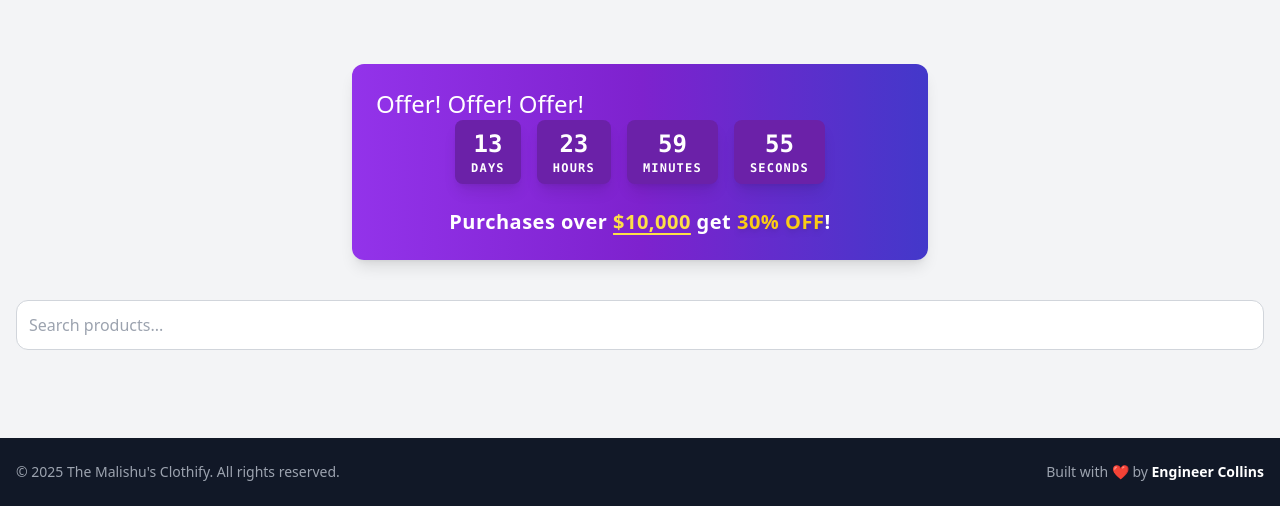
Repository: Engineer-collo/Modern-Ecommerce-Application
Page: /
An editor plug-in stored every save of this project. The page is shown before and after the next save, followed by the edit.
The browser window is 1280 px wide. The pictures show the part of the page from y = 376 to 882 px (the page is 882 px tall).
The page's requests for data from a server got no answer. The project was rebuilt for these pictures with package versions that can differ from the ones it lists, and the page was loaded fresh each time. No one was signed in, and anything a server would have sent is missing. Also part of the build but not shown: vite.config.js, src/components/SignupForm.jsx, src/components/LoginForm.jsx, src/components/ProductCard.jsx, src/components/Contact.jsx, src/components/About.jsx, src/components/Cart.jsx, src/components/ProductDetailsView.jsx.

Above is the page before, as saved 2025-05-26 10:49:49.

### index.html
<!DOCTYPE html>
<html lang="en">
<head>
  <meta charset="UTF-8">
  <meta name="viewport" content="width=device-width, initial-scale=1.0">
  <title>Ecommerce</title>
</head>
<body class="bg-gray-100">
  <div id="root"></div>
  <script type="module" src="/src/main.jsx"></script>
</body>
</html>

### src/main.jsx
import React from 'react'
import ReactDOM from 'react-dom/client'
import './index.css'
import App from './App'

ReactDOM.createRoot(document.getElementById('root')).render(
  <React.StrictMode>
    <App />
  </React.StrictMode>,
)

### src/App.jsx
import { BrowserRouter as Router, Routes, Route } from 'react-router-dom';
import { useEffect, useState } from 'react';
import Footer from './components/Footer';
import Navbar from './components/Navbar';
import SignupForm from './components/SignupForm';
import LoginForm from './components/LoginForm';
import ProductFeed from './components/ProductFeed';
import Contact from './components/Contact';
import About from './components/About';
import Cart from './components/Cart';
import ProductDetailsView from './components/ProductDetailsView';

import {
  showSuccessToast,
  ToastContainerWrapper,
} from './components/Toast';

function App() {
  const [cart, setCart] = useState([]);
  const [cartLoaded, setCartLoaded] = useState(false);

  // Load cart from localStorage
  useEffect(() => {
    const storedCart = localStorage.getItem("cart");
    if (storedCart) {
      try {
        setCart(JSON.parse(storedCart));
      } catch (error) {
        console.error("Failed to parse cart from localStorage:", error);
      }
    }
    setCartLoaded(true);
  }, []);

  // Save cart to localStorage when updated
  useEffect(() => {
    if (cartLoaded) {
      localStorage.setItem("cart", JSON.stringify(cart));
    }
  }, [cart, cartLoaded]);

  const addToCart = (product) => {
    setCart(prevCart => {
      const existing = prevCart.find(item => item.id === product.id);
      if (existing) {
        return prevCart.map(item =>
          item.id === product.id
            ? { ...item, quantity: item.quantity + 1 }
            : item
        );
      } else {
        return [...prevCart, { ...product, quantity: 1 }];
      }
    });
    showSuccessToast("Added to cart!");
  };

  const removeFromCart = (product) => {
    setCart(prevCart =>
      prevCart
        .map(item =>
          item.id === product.id
            ? { ...item, quantity: item.quantity - 1 }
            : item
        )
        .filter(item => item.quantity > 0)
    );
    showSuccessToast("Removed from cart!");
  };

  return (
    <Router>
      <Navbar cart={cart} />
      <Routes>
        <Route
          path="/"
          element={
            <ProductFeed
              showSuccessToast={showSuccessToast}
              cart={cart}
            />
          }
        />
        <Route
          path="/cart"
          element={
            <Cart
              cart={cart}
              removeFromCart={removeFromCart}
            />
          }
        />
        <Route path="/product/:id" element={<ProductDetailsView
         addToCart={addToCart}
        />} />
        <Route path="/login" element={<LoginForm />} />
        <Route path="/signup" element={<SignupForm />} />
        <Route path="/about" element={<About />} />
        <Route path="/contact" element={<Contact showSuccessToast={showSuccessToast} />} />
      </Routes>
      <ToastContainerWrapper />
      <Footer />
    </Router>
  );
}

export default App;

### src/components/Footer.jsx
const Footer = () => {
    return(
        <>
        <footer className="bg-gray-900 text-white py-6 mt-12">
  <div className="max-w-7xl mx-auto px-4 flex flex-col md:flex-row justify-between items-center space-y-4 md:space-y-0">
    <p className="text-sm text-gray-400">
      &copy; {new Date().getFullYear()} The Malishu's Clothify.  All rights reserved.
    </p>
    <p className="text-sm text-gray-400">
      Built with ❤️ by <span className="text-white font-semibold">Engineer Collins</span>
    </p>


  </div>
</footer>

        </>
    )
}

export default Footer

### src/components/Navbar.jsx
import React, { useState } from "react";
import { Link } from "react-router-dom";

const Navbar = ({ cart = [] }) => {
  const [isOpen, setIsOpen] = useState(false);

  const toggleMenu = () => setIsOpen(!isOpen);

  return (
    <header className="mt-2 bg-white shadow-md">
      <div className="max-w-7xl mx-auto px-10 py-10 flex flex-col md:flex-row md:justify-between md:items-center">
        <div className="flex justify-between items-center">
          <h1 className="text-2xl font-bold text-gray-800">
            <Link
              to="/"
              className="hover:text-blue-500 text-gray-700 transition"
            >
              <span className="text-purple-600">Malishu's Clothify</span>
            </Link>
          </h1>

          <div className="md:hidden">
            <button
              onClick={toggleMenu}
              className="text-gray-700 focus:outline-none"
            >
              <svg
                className="h-6 w-6"
                fill="none"
                stroke="currentColor"
                strokeWidth="2"
                viewBox="0 0 24 24"
              >
                <path
                  strokeLinecap="round"
                  strokeLinejoin="round"
                  d={
                    isOpen
                      ? "M6 18L18 6M6 6l12 12"
                      : "M4 6h16M4 12h16M4 18h16"
                  }
                />
              </svg>
            </button>
          </div>
        </div>

        {/* Removed search input here */}

        {/* Desktop nav */}
        <nav className="space-x-6 hidden md:flex">
          <Link
            to="/"
            className="text-xl hover:text-blue-500 font-bold text-gray-700 transition"
          >
            Home
          </Link>
          <Link
            to="/about"
            className="text-xl hover:text-blue-500 font-bold text-gray-700 transition"
          >
            About
          </Link>
          <Link
            to="/contact"
            className="text-xl hover:text-blue-500 font-bold text-gray-700 transition"
          >
            Contact
          </Link>
          <Link to="/cart" className="relative text-2xl font-bold hover:text-white transition">
  🛒
  <span className="absolute -top-2 -right-3 bg-red-500 text-white text-xs font-bold px-2 py-0.5 rounded-full">
    {cart.length}
  </span>
</Link>
          <Link
            to="/login"
            className="rounded p-1 bg-purple-500 font-bold text-white transition"
          >
            Login
          </Link>
        </nav>
      </div>

{/* Mobile nav */}
{isOpen && (
  <nav className="md:hidden bg-purple-600 text-white px-4 py-6 shadow-lg">
    <div className="flex flex-col items-center space-y-6">
      <Link
        to="/"
        className="text-2xl font-bold hover:text-white hover:underline transition"
      >
        Home
      </Link>
      <Link
        to="/about"
        className="text-2xl font-bold hover:text-white hover:underline transition"
      >
        About
      </Link>
      <Link
        to="/contact"
        className="text-2xl font-bold hover:text-white hover:underline transition"
      >
        Contact
      </Link>
      <Link to="/cart" className="relative text-2xl font-bold hover:text-white transition">
  🛒
  <span className="absolute -top-2 -right-3 bg-red-500 text-white text-xs font-bold px-2 py-0.5 rounded-full">
    {cart.length}
  </span>
</Link>
      <Link
        to="/login"
        className="text-center text-2xl font-bold bg-white text-purple-600 px-6 py-3 rounded-lg shadow-md hover:bg-purple-100 transition"
      >
        Login
      </Link>
    </div>
  </nav>
)}

    </header>
  );
};

export default Navbar;

### src/components/ProductFeed.jsx
import React, { useEffect, useState } from "react";
import ProductCard from "./ProductCard";
import OfferCountdown from "./OfferCountdown";
import VideoSlider from './VideoSlider';


const ProductFeed = ({ addToCart }) => {
  const [products, setProducts] = useState([]);
  const [searchTerm, setSearchTerm] = useState("");

  const url1 = 'https://www.w3schools.com/html/mov_bbb.mp4'

  const url2 = 'https://www.w3schools.com/html/mov_bbb.mp4'

  const url3 = 'https://www.w3schools.com/html/mov_bbb.mp4'

  const url4 = 'https://www.w3schools.com/html/mov_bbb.mp4'

  const videos = [url1, url2, url3, url4]

  useEffect(() => {
    fetch("https://fakestoreapi.com/products")
      .then((res) => res.json())
      .then((data) => setProducts(data))
      .catch((err) => console.error("Failed to fetch products:", err));
  }, []);

  const filteredProducts = products.filter((product) =>
    product.title.toLowerCase().includes(searchTerm.toLowerCase())
  );

  return (
    <>
    <VideoSlider videos={videos}/>
      <div className="mt-12 p-4 max-w-7xl mx-auto">
        {/* Modern styled offer card */}
        <div className="mb-10 p-6 rounded-xl shadow-lg bg-gradient-to-r from-purple-600 via-purple-700 to-indigo-700 text-white max-w-xl mx-auto">
          <h1 className="text-2xl font-"> Offer! Offer! Offer!</h1>
          <OfferCountdown />
          <p className="mt-6 text-center text-lg sm:text-xl font-semibold tracking-wide">
            Purchases over{" "}
            <span className="text-yellow-300 underline decoration-yellow-300 underline-offset-4">
              $10,000
            </span>{" "}
            get{" "}
            <span className="text-yellow-400 font-extrabold drop-shadow-md">
              30% OFF
            </span>
            !
          </p>
        </div>

        {/* Search input */}
        <input
          type="text"
          placeholder="Search products..."
          value={searchTerm}
          onChange={(e) => setSearchTerm(e.target.value)}
          className="mb-6 p-3 w-full border border-gray-300 rounded-xl focus:outline-none focus:ring-4 focus:ring-purple-500 focus:border-transparent transition"
        />

        {/* Products grid */}
        <div className="grid grid-cols-2 md:grid-cols-3 lg:grid-cols-4 gap-6">
          {filteredProducts.map((product) => (
            <ProductCard
              key={product.id}
              product={product}
              addToCart={addToCart}
            />
          ))}
        </div>
      </div>
    </>
  );
};

export default ProductFeed;

### src/components/Toast.jsx
// src/components/Toast.js
import { toast, ToastContainer } from 'react-toastify';
import 'react-toastify/dist/ReactToastify.css';

// Toast functions
export const showSuccessToast = (message) =>
  toast.success(message, {
    className: 'bg-green-100 text-green-800 border border-green-300 rounded p-4',
    bodyClassName: 'text-sm',
    progressClassName: 'bg-green-500',
  });

export const showErrorToast = (message) =>
  toast.error(message, {
    className: 'bg-red-100 text-red-800 border border-red-300 rounded p-4',
    bodyClassName: 'text-sm',
    progressClassName: 'bg-red-500',
  });

export const showInfoToast = (message) =>
  toast.info(message, {
    className: 'bg-blue-100 text-blue-800 border border-blue-300 rounded p-4',
    bodyClassName: 'text-sm',
    progressClassName: 'bg-blue-500',
  });

export const showWarningToast = (message) =>
  toast.warn(message, {
    className: 'bg-yellow-100 text-yellow-800 border border-yellow-300 rounded p-4',
    bodyClassName: 'text-sm',
    progressClassName: 'bg-yellow-500',
  });

// Toast container
export const ToastContainerWrapper = () => (
  <ToastContainer position="top-center" autoClose={2000} />
);

### src/components/OfferCountdown.jsx
import React, { useEffect, useState } from "react";

const OfferCountdown = () => {
  const [timeLeft, setTimeLeft] = useState({
    days: "00",
    hours: "00",
    minutes: "00",
    seconds: "00",
  });

  useEffect(() => {
    // Set target time 14 days from now
    const targetTime = new Date();
    targetTime.setDate(targetTime.getDate() + 14);

    const updateCountdown = () => {
      const now = new Date();
      const diff = targetTime - now;

      if (diff <= 0) {
        setTimeLeft({ days: "00", hours: "00", minutes: "00", seconds: "00" });
        return;
      }

      const days = Math.floor(diff / (1000 * 60 * 60 * 24));
      const hours = Math.floor((diff / (1000 * 60 * 60)) % 24);
      const minutes = Math.floor((diff / (1000 * 60)) % 60);
      const seconds = Math.floor((diff / 1000) % 60);

      setTimeLeft({
        days: days.toString().padStart(2, "0"),
        hours: hours.toString().padStart(2, "0"),
        minutes: minutes.toString().padStart(2, "0"),
        seconds: seconds.toString().padStart(2, "0"),
      });
    };

    updateCountdown();
    const interval = setInterval(updateCountdown, 1000);

    return () => clearInterval(interval);
  }, []);

  return (
    <div className="flex justify-center space-x-4 text-white text-xl sm:text-2xl font-semibold font-mono select-none">
      <div className="flex flex-col items-center bg-purple-800 rounded-lg px-4 py-2 shadow-lg min-w-[60px]">
        <span>{timeLeft.days}</span>
        <span className="text-xs uppercase tracking-widest">Days</span>
      </div>
      <div className="flex flex-col items-center bg-purple-800 rounded-lg px-4 py-2 shadow-lg min-w-[60px]">
        <span>{timeLeft.hours}</span>
        <span className="text-xs uppercase tracking-widest">Hours</span>
      </div>
      <div className="flex flex-col items-center bg-purple-800 rounded-lg px-4 py-2 shadow-lg min-w-[60px]">
        <span>{timeLeft.minutes}</span>
        <span className="text-xs uppercase tracking-widest">Minutes</span>
      </div>
      <div className="flex flex-col items-center bg-purple-800 rounded-lg px-4 py-2 shadow-lg min-w-[60px]">
        <span>{timeLeft.seconds}</span>
        <span className="text-xs uppercase tracking-widest">Seconds</span>
      </div>
    </div>
  );
};

export default OfferCountdown;

### src/components/VideoSlider.jsx

import { Swiper, SwiperSlide } from 'swiper/react';
import 'swiper/css';
import 'swiper/css/autoplay';
import { Autoplay } from 'swiper/modules';


function VideoSlider({ videos }) {
  return (
    <Swiper
      modules={[Autoplay]}
      autoplay={{ delay: 6000 }}
      loop={true}
      className="w-full h-64 rounded overflow-hidden"
    >
      {videos.map((video, idx) => (
        <SwiperSlide key={idx}>
          <video src={video} autoPlay muted controls className="w-full h-full object-cover" />
        </SwiperSlide>
      ))}
    </Swiper>
  );
}

export default VideoSlider

Loaded but not shown: src/index.css (common file); tailwind.config.js (common file)

After the next save:
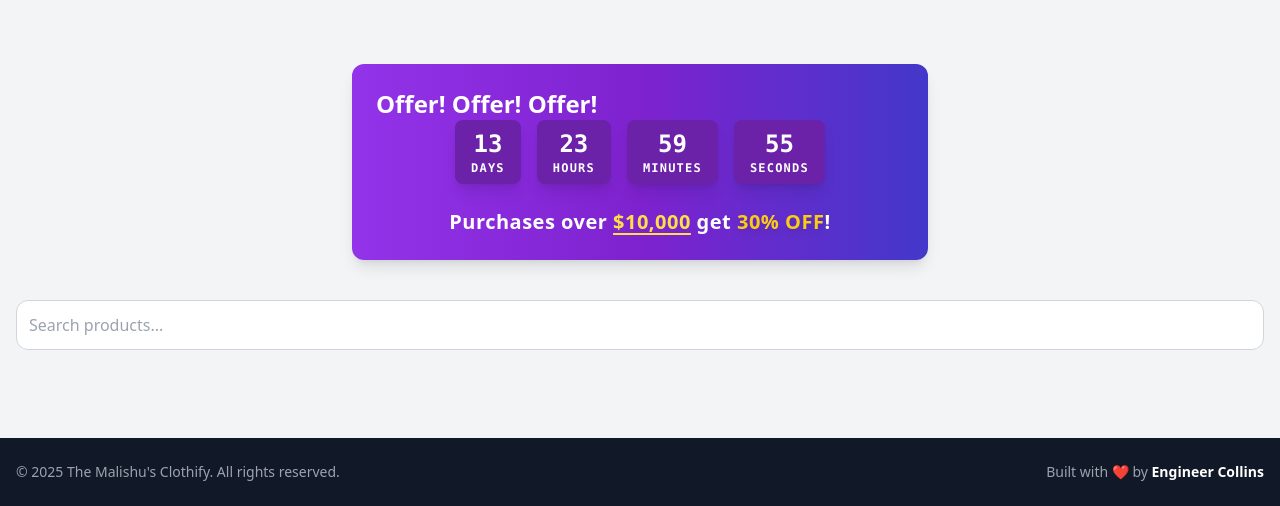
Saved 4 s later.
--- a/src/components/ProductFeed.jsx
+++ b/src/components/ProductFeed.jsx
@@ -35,7 +35,7 @@ const ProductFeed = ({ addToCart }) => {
       <div className="mt-12 p-4 max-w-7xl mx-auto">
         {/* Modern styled offer card */}
         <div className="mb-10 p-6 rounded-xl shadow-lg bg-gradient-to-r from-purple-600 via-purple-700 to-indigo-700 text-white max-w-xl mx-auto">
-          <h1 className="text-2xl font-"> Offer! Offer! Offer!</h1>
+          <h1 className="text-2xl font-bold"> Offer! Offer! Offer!</h1>
           <OfferCountdown />
           <p className="mt-6 text-center text-lg sm:text-xl font-semibold tracking-wide">
             Purchases over{" "}
